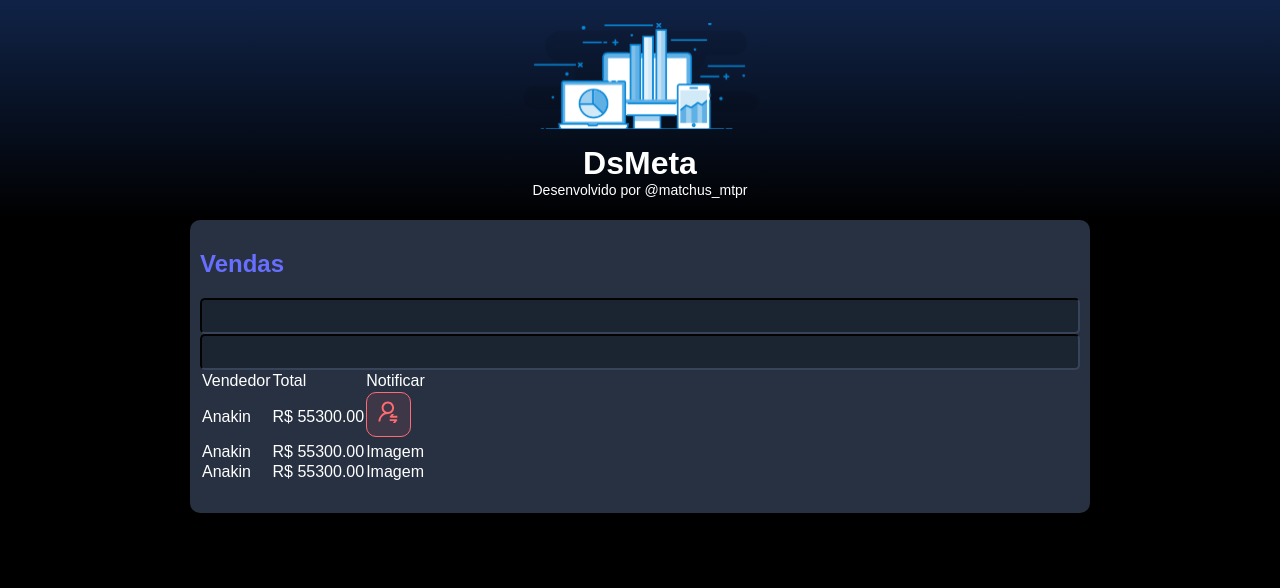
Repository: MatheusAlvesPereiraRosa/ds-meta
Page: index.html
The author's editor kept a copy of each file at every save. The page is drawn from the files as they stood at one save, then again after a run of saves.
The browser window is 1280 px wide. The pictures show the whole page.

Above is the page before, as saved 2022-09-01 11:58:42.

After the next 2 saves:
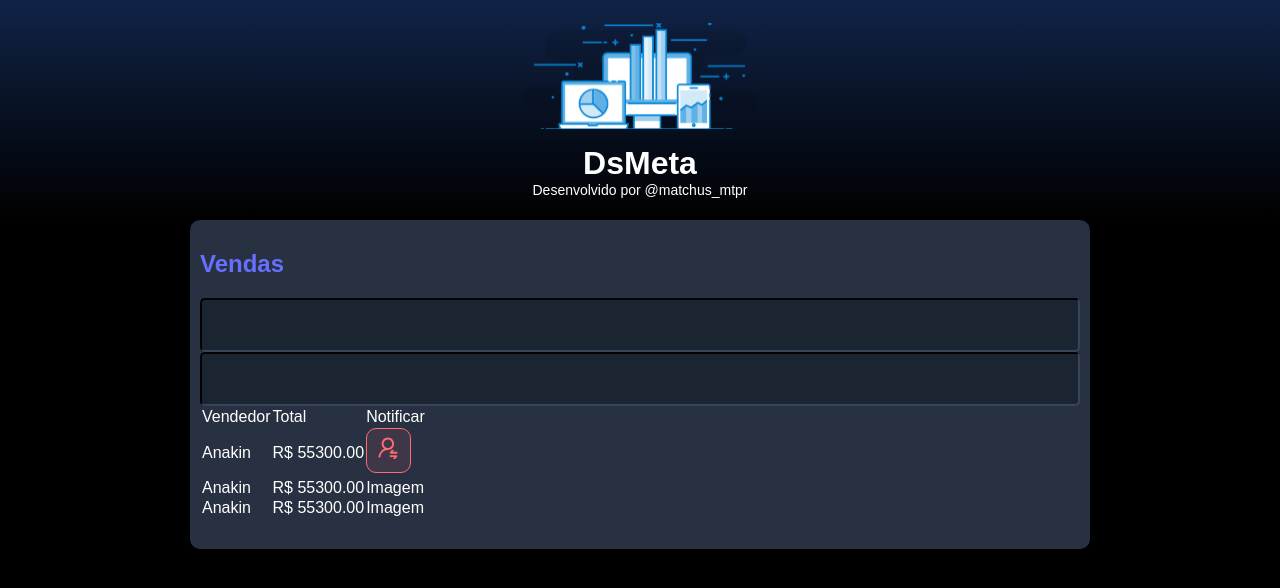
The 2 saves are shown as one change because they came seconds apart.
The last was saved 12 s later.
--- a/styles.css
+++ b/styles.css
@@ -73,6 +73,6 @@
     border-radius: 5px;
     border-color: #384459;
     color: #9AAABE;
-    padding: 10px 20px;
+    padding: 25px 20px;
     font-size: 18px;
 }

After the save that followed:
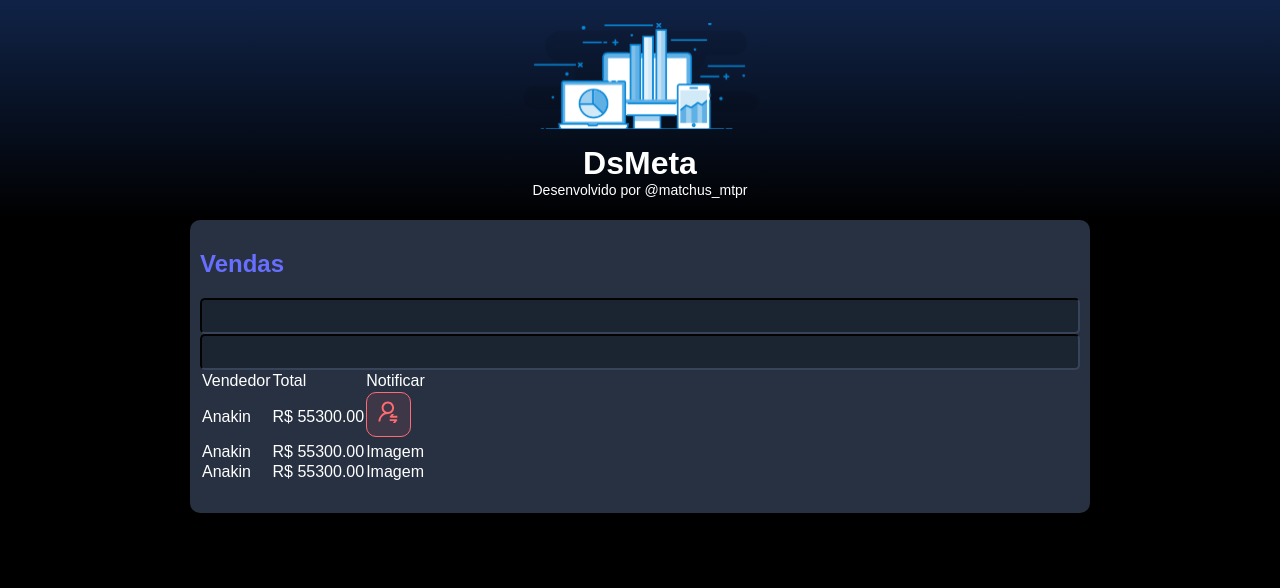
Saved 8 s later.
--- a/styles.css
+++ b/styles.css
@@ -73,6 +73,6 @@
     border-radius: 5px;
     border-color: #384459;
     color: #9AAABE;
-    padding: 25px 20px;
+    padding: 15px 20px;
     font-size: 18px;
 }
